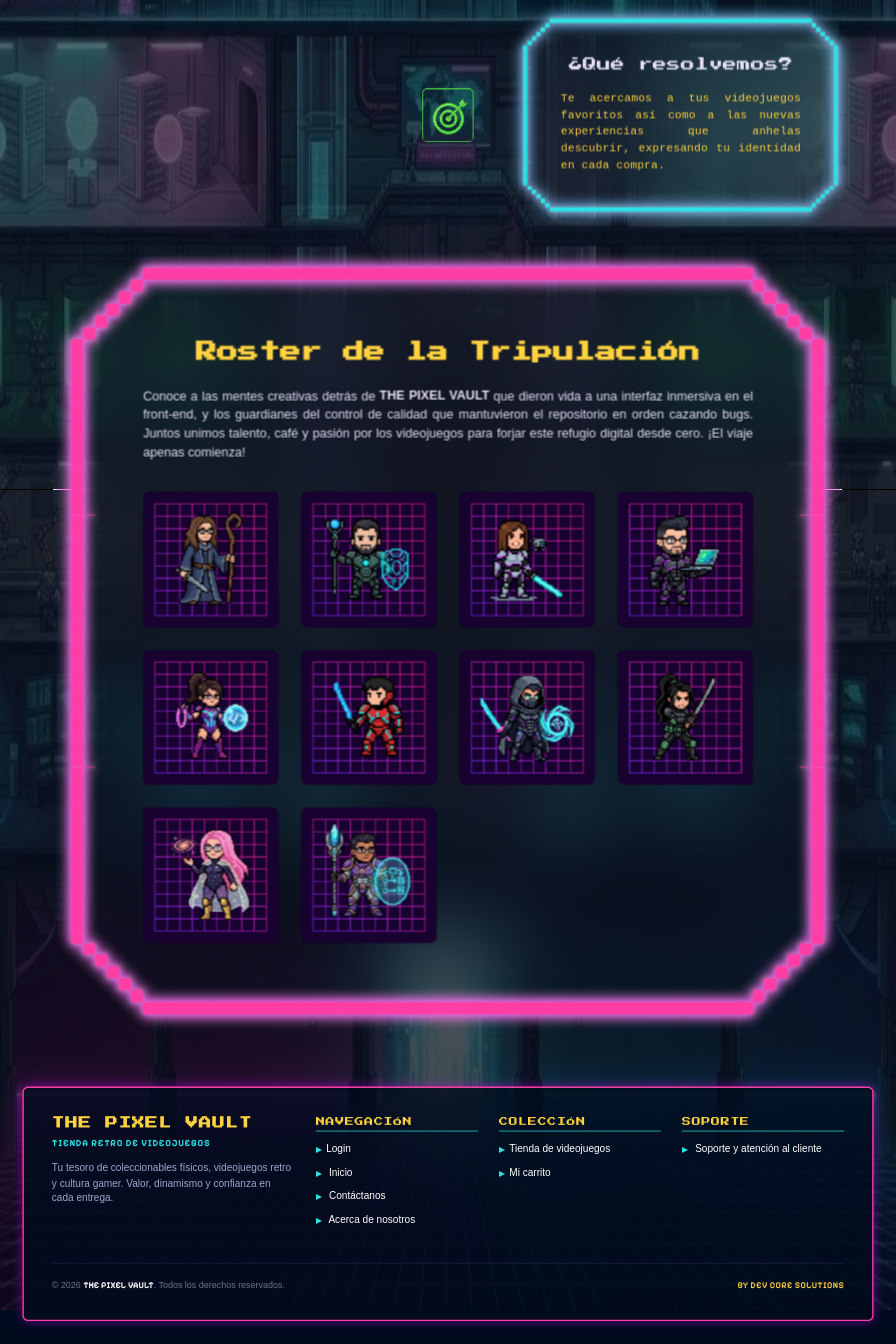
Repository: DianaSGarciaR/The-Pixel-Vault
Page: acercaNosotros.html
These files come from the project's save history. The page is drawn as it stood at one moment and after the next save; the edit follows.
The browser window is 1280 px wide. The pictures show the part of the page from y = 2205 to 4125 px (the page is 4125 px tall), at 70% of full size.
Some web fonts or font styles are not loaded; a fallback is used.

Above is the page before, as saved 2026-10-22 13:54:49.

After the next save:
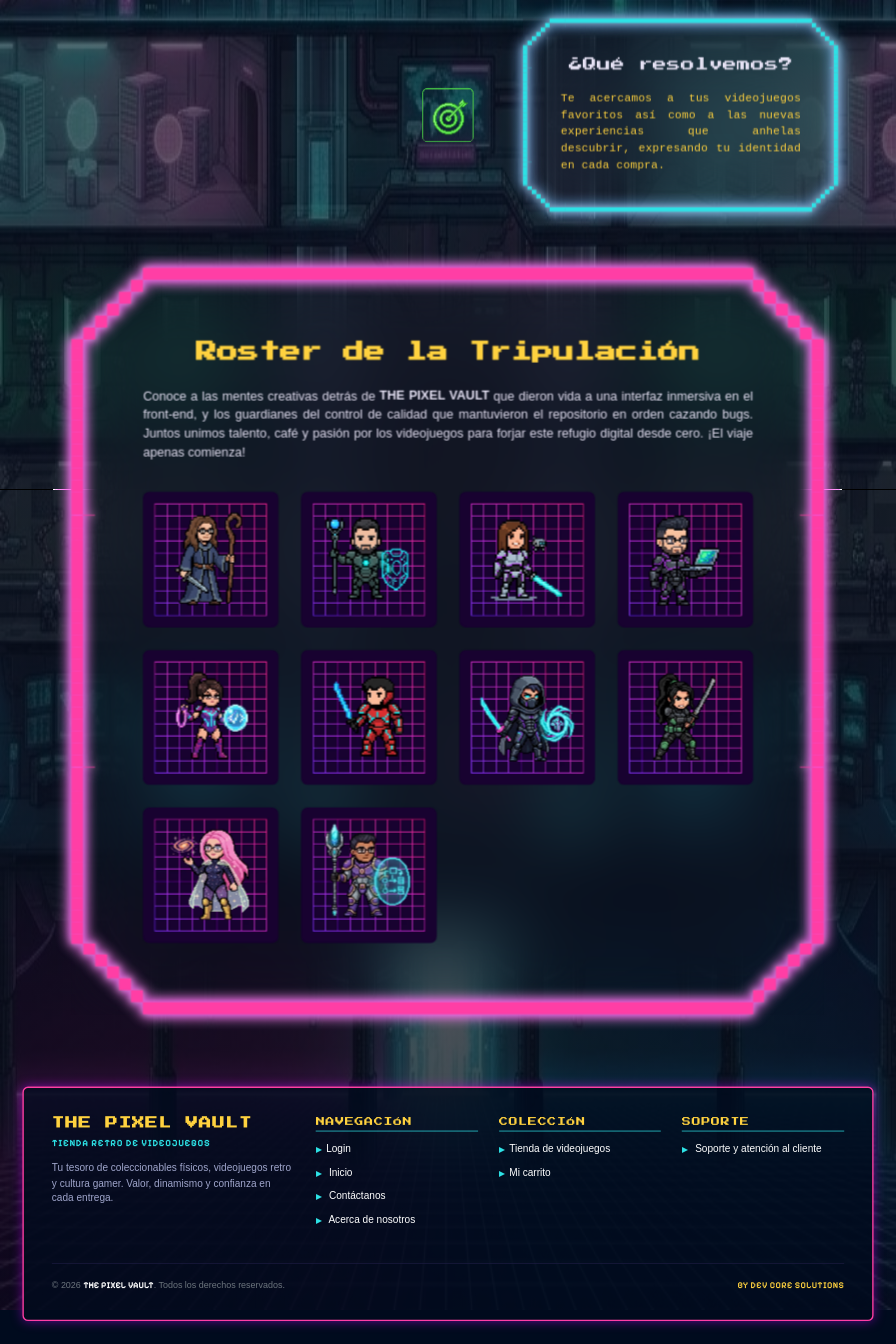
Saved 11 s later.
--- a/styles/acercaNosotros.css
+++ b/styles/acercaNosotros.css
@@ -36,6 +36,8 @@
 /**----------ROSTER DEL EQUIPO----------*/
 .team-content{
     position:relative;
+    shape-rendering: crispEdges;
+    image-rendering: pixelated;
     backdrop-filter: blur(50px);
     z-index: 1;
     border: 8vw solid transparent;
